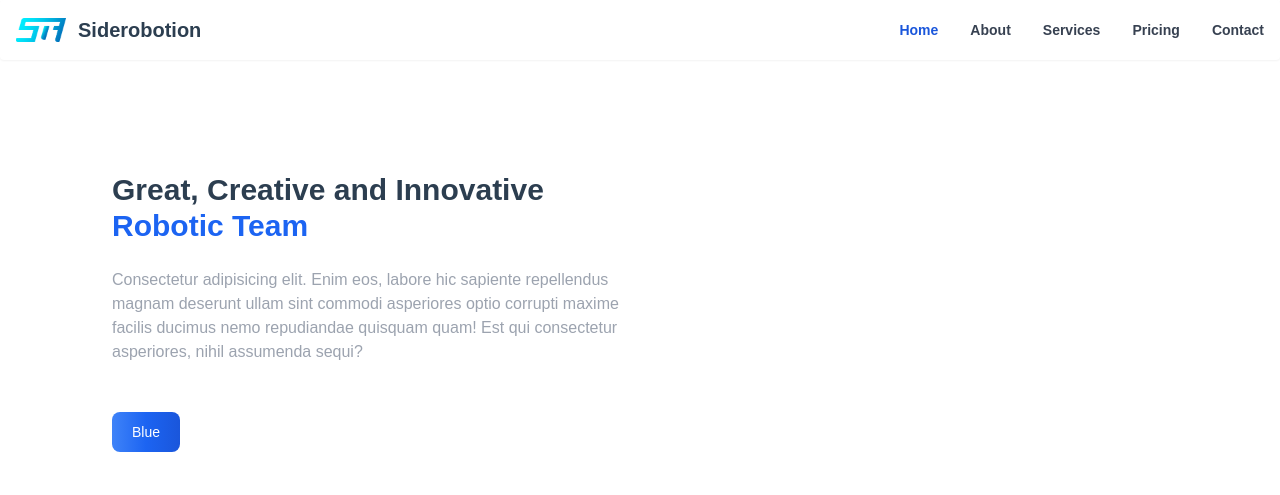
Repository: khulqu15/siderobotion
Page: /
These files come from the project's save history. The page is drawn as it stood at one moment and after the next save; the edit follows.
The browser window is 1280 px wide. The pictures show the whole page.
The project was rebuilt for these pictures with package versions that can differ from the ones it lists, and the page was loaded fresh each time. Also part of the build but not shown: vue.config.js.

Above is the page before, as saved 2022-06-12 02:13:57.

### src/main.js
import { createApp } from 'vue'
import App from './App.vue'
import './registerServiceWorker'
import router from './router'
import store from './store'
import 'flowbite'
import './index.css'

createApp(App)
  .use(store)
  .use(router)
  .mount('#app')

### src/index.css
@tailwind base;
@tailwind components;
@tailwind utilities;
@import url('https://fonts.googleapis.com/css2?family=Poppins:ital,wght@0,100;0,200;0,300;0,400;0,500;0,600;0,700;0,800;0,900;1,100;1,200;1,300;1,400;1,500;1,600;1,700;1,800;1,900&display=swap');

* {
  font-family: 'Poppins', sans-serif !important;
}

### src/views/HomeView.vue
<template>

  <web-layout>
    <div class="px-28 grid grid-cols-2 gap-4">
      <div class="py-28 text-start">
        <h1 class="text-3xl font-semibold">Great, Creative and Innovative <span class="text-blue-600">Robotic Team</span> </h1>
        <p class="text-gray-400 mt-6 mb-12">Consectetur adipisicing elit. Enim eos, labore hic sapiente repellendus magnam deserunt ullam sint commodi asperiores optio corrupti maxime facilis ducimus nemo repudiandae quisquam quam! Est qui consectetur asperiores, nihil assumenda sequi?</p>
        <button type="button" class="text-white bg-gradient-to-r from-blue-500 via-blue-600 to-blue-700 hover:bg-gradient-to-br focus:ring-4 focus:outline-none focus:ring-blue-300 dark:focus:ring-blue-800 font-medium rounded-lg text-sm px-5 py-2.5 text-center mr-2 mb-2">Blue</button>
      </div>
    </div>
  </web-layout>

</template>

<script>
import WebLayout from '@/layouts/WebLayout.vue'
export default {
  name: 'HomeView',
  components: {
    WebLayout
  }
}
</script>

### src/layouts/WebLayout.vue
<template>
  <div id="app-web">
    <div id="nav">
      <navigation-header/>
    </div>
    <div id="body-content">
      <slot id="content"></slot>
    </div>
  </div>
</template>

<script>
import NavigationHeader from '@/components/NavigationHeader.vue'
export default {
  components: {
    NavigationHeader
  }
}
</script>

### src/components/NavigationHeader.vue
<template>
  <div>
    <nav class="bg-white border-gray-200 px-2 sm:px-4 py-4 shadow-sm rounded dark:bg-gray-800">
      <div class="container flex flex-wrap justify-between items-center mx-auto">
        <a href="/" class="flex items-center">
          <img :src="require('@/assets/logo.webp')" class="mr-3 h-4 sm:h-6" alt="Siderobotion Logo">
          <span class="self-center text-xl font-semibold whitespace-nowrap dark:text-white">Siderobotion</span>
        </a>
        <button data-collapse-toggle="mobile-menu" type="button" class="inline-flex items-center p-2 ml-3 text-sm text-gray-500 rounded-lg md:hidden hover:bg-gray-100 focus:outline-none focus:ring-2 focus:ring-gray-200 dark:text-gray-400 dark:hover:bg-gray-700 dark:focus:ring-gray-600" aria-controls="mobile-menu" aria-expanded="false">
          <span class="sr-only">Open main menu</span>
          <svg class="w-6 h-6" fill="currentColor" viewBox="0 0 20 20" xmlns="http://www.w3.org/2000/svg"><path fill-rule="evenodd" d="M3 5a1 1 0 011-1h12a1 1 0 110 2H4a1 1 0 01-1-1zM3 10a1 1 0 011-1h12a1 1 0 110 2H4a1 1 0 01-1-1zM3 15a1 1 0 011-1h12a1 1 0 110 2H4a1 1 0 01-1-1z" clip-rule="evenodd"></path></svg>
          <svg class="hidden w-6 h-6" fill="currentColor" viewBox="0 0 20 20" xmlns="http://www.w3.org/2000/svg"><path fill-rule="evenodd" d="M4.293 4.293a1 1 0 011.414 0L10 8.586l4.293-4.293a1 1 0 111.414 1.414L11.414 10l4.293 4.293a1 1 0 01-1.414 1.414L10 11.414l-4.293 4.293a1 1 0 01-1.414-1.414L8.586 10 4.293 5.707a1 1 0 010-1.414z" clip-rule="evenodd"></path></svg>
        </button>
        <div class="hidden w-full md:block md:w-auto" id="mobile-menu">
          <ul class="flex flex-col mt-4 md:flex-row md:space-x-8 md:mt-0 md:text-sm md:font-medium">
            <li>
              <a href="#" class="block py-2 pr-4 pl-3 text-white bg-blue-700 rounded md:bg-transparent md:text-blue-700 md:p-0 dark:text-white" aria-current="page">Home</a>
            </li>
            <li>
              <a href="#" class="block py-2 pr-4 pl-3 text-gray-700 border-b border-gray-100 hover:bg-gray-50 md:hover:bg-transparent md:border-0 md:hover:text-blue-700 md:p-0 dark:text-gray-400 md:dark:hover:text-white dark:hover:bg-gray-700 dark:hover:text-white md:dark:hover:bg-transparent dark:border-gray-700">About</a>
            </li>
            <li>
              <a href="#" class="block py-2 pr-4 pl-3 text-gray-700 border-b border-gray-100 hover:bg-gray-50 md:hover:bg-transparent md:border-0 md:hover:text-blue-700 md:p-0 dark:text-gray-400 md:dark:hover:text-white dark:hover:bg-gray-700 dark:hover:text-white md:dark:hover:bg-transparent dark:border-gray-700">Services</a>
            </li>
            <li>
              <a href="#" class="block py-2 pr-4 pl-3 text-gray-700 border-b border-gray-100 hover:bg-gray-50 md:hover:bg-transparent md:border-0 md:hover:text-blue-700 md:p-0 dark:text-gray-400 md:dark:hover:text-white dark:hover:bg-gray-700 dark:hover:text-white md:dark:hover:bg-transparent dark:border-gray-700">Pricing</a>
            </li>
            <li>
              <a href="#" class="block py-2 pr-4 pl-3 text-gray-700 hover:bg-gray-50 md:hover:bg-transparent md:border-0 md:hover:text-blue-700 md:p-0 dark:text-gray-400 md:dark:hover:text-white dark:hover:bg-gray-700 dark:hover:text-white md:dark:hover:bg-transparent">Contact</a>
            </li>
          </ul>
        </div>
      </div>
    </nav>

  </div>
</template>

### tailwind.config.js
module.exports = {

  content: [
    "./index.html",
    "./src/**/*.{vue,js,ts,jsx,tsx}",
    "./node_modules/flowbite/**/*.js",
  ],
  theme: {
    extend: {},
  },
  plugins: [
    require('flowbite/plugin')
  ]

}

Loaded but not shown: public/index.html (common file); src/App.vue (common file); src/registerServiceWorker.js (common file); src/router/index.js (common file); src/store/index.js (common file)

After the next save:
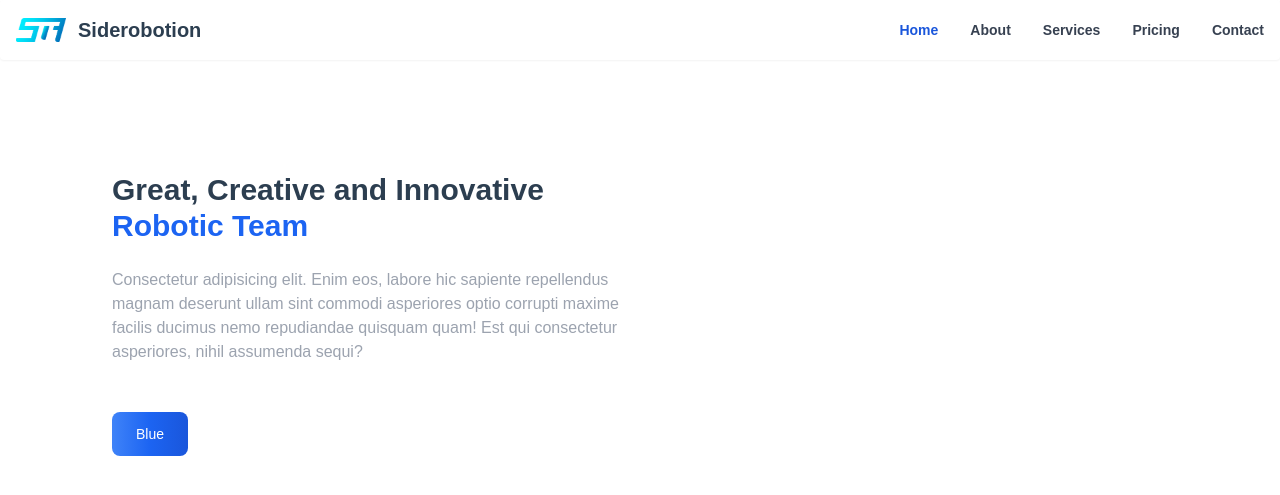
Saved 29 s later.
--- a/src/views/HomeView.vue
+++ b/src/views/HomeView.vue
@@ -5,7 +5,7 @@
       <div class="py-28 text-start">
         <h1 class="text-3xl font-semibold">Great, Creative and Innovative <span class="text-blue-600">Robotic Team</span> </h1>
         <p class="text-gray-400 mt-6 mb-12">Consectetur adipisicing elit. Enim eos, labore hic sapiente repellendus magnam deserunt ullam sint commodi asperiores optio corrupti maxime facilis ducimus nemo repudiandae quisquam quam! Est qui consectetur asperiores, nihil assumenda sequi?</p>
-        <button type="button" class="text-white bg-gradient-to-r from-blue-500 via-blue-600 to-blue-700 hover:bg-gradient-to-br focus:ring-4 focus:outline-none focus:ring-blue-300 dark:focus:ring-blue-800 font-medium rounded-lg text-sm px-5 py-2.5 text-center mr-2 mb-2">Blue</button>
+        <button type="button" class="text-white bg-gradient-to-r from-blue-500 via-blue-600 to-blue-700 hover:bg-gradient-to-br focus:ring-4 focus:outline-none focus:ring-blue-300 dark:focus:ring-blue-800 font-medium rounded-lg text-sm px-6 py-3 text-center mr-2 mb-2">Blue</button>
       </div>
     </div>
   </web-layout>
